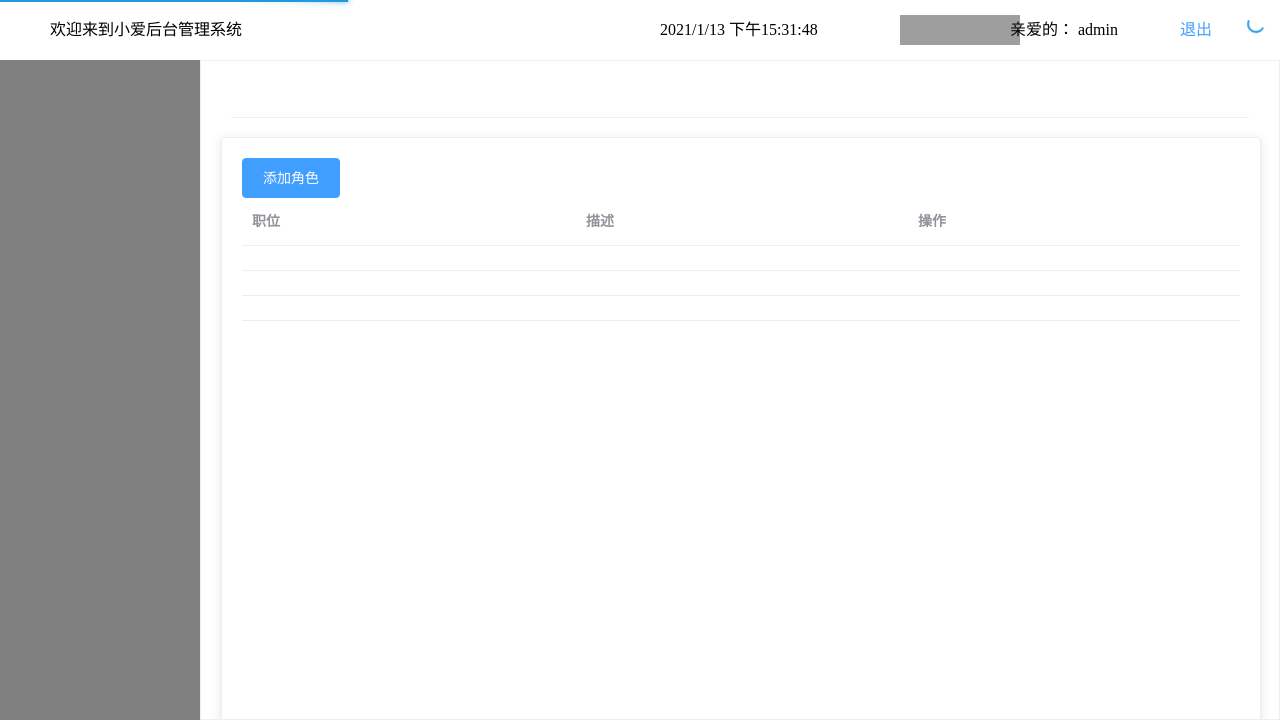
Repository: heyegang/vuex
Page: /rolelist
These files come from the project's save history. The page is drawn as it stood at one moment and after the next save; the edit follows.
The browser window is 1280 px wide. The pictures show the whole page.
Pictures or frames that could not be fetched are drawn as grey boxes. The page's requests for data from a server got no answer. The project was rebuilt for these pictures with package versions that can differ from the ones it lists, and the page was loaded fresh each time. No one was signed in, and anything a server would have sent is missing. Also part of the build but not shown: vue.config.js, src/views/Home.vue, src/components/navsidebar/NavSidebar.vue.

Above is the page before, as saved 2021-01-14 17:23:04.

### src/main.js
import Vue from "vue";
import App from "./App.vue";
import router from "./router";
import store from "./store";
import ElementUI from "element-ui";
import "element-ui/lib/theme-chalk/index.css"

Vue.use(ElementUI)
Vue.config.productionTip = false;

new Vue({
  router,
  store,
  render: h => h(App)
}).$mount("#app");

### src/App.vue
<template>
  <div id="app">
    <router-view />
  </div>
</template>

<style lang="scss">
*{
  margin: 0;
  padding: 0;
}
html,body,#app{
  height: 100%;
}
</style>

### src/router/index.js
import Vue from "vue";
import VueRouter from "vue-router";
import Home from "../views/Home.vue";
import Layout from "../views/layout/Layout.vue";

Vue.use(VueRouter);

const routes = [
  {
   path:"",
  component:Layout,
  children:[{
    path: "/",
    name: "Home",
    component: Home
  },
  {
    path: "/usermanagement",
    name: "usermanagement",
    component: () => import('../views/usermanagement/UserManagement.vue')
  },
  {
    path: "/rolelist",
    name: "rolelist",
    component: () => import('../views/rolelist/RoleList.vue')
  },
  ]},
  {
    path: "/login",
    name: "login",
    component: () => import('../views/login/Login.vue')
  },
];

const router = new VueRouter({
  mode: "history",
  base: process.env.BASE_URL,
  routes
});

export default router;

### src/store/index.js
import Vue from "vue";
import Vuex from "vuex";
import user from "./user";
import layout from "./layout";
import Administration from "./Administration/Administration";
import rolelist from "./rolelist/rolelist"
Vue.use(Vuex);

export default new Vuex.Store({
  state: {
    // 存放数据
  },
  mutations: {
    // 同步修改state
  },
  actions: {},
  modules: {
    // 代表模块
    user,
    layout,
    Administration,
    rolelist,
  }
});

### src/views/layout/Layout.vue
<template>
  <div>
    <el-container>
      <el-header>
        <nav-header></nav-header>
      </el-header>
      <el-container>
        <el-aside width="200px">
          <nav-sidebar :layouts='layouts' v-if='layouts.length>0'></nav-sidebar>
        </el-aside>
        <el-main>
          <nav-label></nav-label>
          <router-view></router-view>
        </el-main>
      </el-container>
    </el-container>
  </div>
</template>

<script>
import NavHeader from "../../components/navheader/NavHeader";
import NavSidebar from "../../components/navsidebar/NavSidebar";
import NavLabel from "../../components/navlabel/NavLabel";
import {createNamespacedHelpers} from 'vuex'
let userModule = createNamespacedHelpers('layout')
let {mapState: layoutState,mapActions: layoutActions} = userModule
export default {
  name: "",
  props: {},
  data() {
    return {
      sidebars:[]
    };
  },
  components: {
    NavHeader,
    NavSidebar,
    NavLabel,
  },
  methods: {
    ...layoutActions(['gettype'])
  },
  mounted() {
    this.gettype()
  },
  computed: {
    ...layoutState(['layouts'])
  },
  watch: {}
};
</script>

<style lang='scss' scoped>
.el-header,
.el-footer {
  line-height: 60px;
}

.el-aside {
  position: fixed;
  top: 60px;
  bottom: 0;
  background-color: gray;
}

.el-main {
  position: fixed;
  bottom: 0;
  right: 0;
  top: 60px;
  left: 200px;
  border: 1px solid #eeeeee;
}

body > .el-container {
  margin-bottom: 40px;
}

.el-container:nth-child(5) .el-aside,
.el-container:nth-child(6) .el-aside {
  line-height: 260px;
}

.el-container:nth-child(7) .el-aside {
  line-height: 320px;
}
</style>

### src/views/rolelist/RoleList.vue
<template>
  <el-card class="box-card">
  <div class="text item">
    <el-button type="primary">添加角色</el-button>
    <role-list-table :options='options'></role-list-table>
  </div>
</el-card>
</template>

<script>
import {createNamespacedHelpers} from 'vuex'
let userModule = createNamespacedHelpers('rolelist')
let {mapState: RolelistState,mapActions: RolelistActions} = userModule
import RoleListTable from '../../components/rolelisttable/RoleListTable'
export default {
  name: '',
  props:{},
  data () {
    return {
      type:'tree',
      options:[
        {
          label:'职位',
          prop:'authName',
          align:'center'
        },
        {
          label:'描述',
          prop:'path',
          align:'center'
        },
        {
          label:'操作',
          prop:'',
          align:'center'
        },
      ]

    }
  },
  components: {
    RoleListTable,
  },
  methods: {
    ...RolelistActions(['gettree','getroles'])
  },
  mounted() {
    this.gettree()
    this.getroles()
  },
  computed: {
    ...RolelistState(['tree','roles'])
  },
  watch: {}
}
</script>

<style lang='scss' scoped>
.text {
    font-size: 14px;
  }

  // .item {
  //   padding: 18px 0;
  // }

  .box-card {
    width: 100%;
    height: 96%;
    position: relative;
    top: 3%;

  }
</style>

### src/store/user.js
import { Message } from "element-ui";
import api from '../http/api';
import router from '../router'

export default {
    namespaced:true,
    // 开启命名空间

    state: {
        // 存放数据
        // users:[]
      },
      mutations: {
        // 同步修改state
        // setUsers(state,data){
        //     state.users = data
        // }
      },
      actions: {
        //   发请求
        // 所有的方法
        // 登录 每一个action的方法都有两个参数 第一个是store 第二个是请求的参数
        // store可以解构为commit dispatch(提交另外一个action)
        async login(_,params){
            let res = await api.login(params)
            if(res.meta.status === 200){
                // 请求成功 存用户 跳转路由 提示用户
                localStorage.setItem('user', JSON.stringify(res.data))
                localStorage.setItem('token', res.data.token)
                Message.success('登录成功')
                router.push('/')
            } else {
                Message.error(res.meta.msg)
            }
        },
        // async getUsers({commit},params){
        //     let res = await api.getUsers(params)
        //     if(res.meta.status === 200) {
        //         commit('setUsers',res.data)
        //     }else {
        //         Message.error(res.meta.msg)
        //     }
        // } ,
      },
}

### src/store/layout.js
import api from '../http/api';
import { Message } from "element-ui";



export default {
  namespaced:true,
  state: {
    // 存放数据
    layouts:[]
  },
  mutations: {
    // 同步修改state
    setLayout(state,data){
      state.layouts = data
    }
  },
  actions: {
    async gettype({commit},params){
      let res = await api.gettype(params)
      if(res.meta.status === 200){
      //  console.log(res)
        commit('setLayout',res.data)
      }else {
        Message.error(res.meta.msg)
      }
    },
  },
}

### src/store/Administration/Administration.js
import { Message } from "element-ui";
import api from '../../http/api';

export default({
  namespaced:true,

  state: {
    // 存放数据
    Administrations:[],
    StrSearch:[],
    Add:[],
  },
  mutations: {
    // 同步修改state
    setAdministration(state,data){
      state.Administrations = data
    },
    setStrSearch(state,data){
      state.StrSearch = data
    },
    setAdd(state,data){
      state.Add = data
    },
  },
  // 数据列表
  actions: {
    // 获取表格数据请求
    async getusers({commit},params){
      let res =await api.getusers(params)
      if(res.meta.status === 200) {
        console.log(res)
        commit('setAdministration',res.data.users)
      } else {
        Message.error(res.meta.msg)
      }
    },
    // 搜索请求事件
    async getquery({commit},params){
      let res =await api.getquery(params)
      if(res.meta.status === 200) {
        console.log(res)
        commit('setStrSearch',res.data)
      } else {
        Message.error(res.meta.msg)
      }
    },
    // 添加用户
    async postuser({commit},params){
      let res =await api.postuser(params)
      if(res.meta.status === 200) {
        console.log(res)
        commit('setAdd',res.data)
      } else {
        Message.error(res.meta.msg)
      }
    }
  },

})

### src/store/rolelist/rolelist.js
import api from '../../http/api';
import { Message } from "element-ui";




export default({
  namespaced:true,
  state: {
    // 存放数据
    tree:[],
    roles:[],

  },
  mutations: {
    // 同步修改state
    settree(state,data){
      state.tree = data
    },
    setroles(state,data){
      state.roles = data
    },

  },
  actions: {
    async gettree({commit},params){
      let res = await api.gettree(params)
      if(res.meta.status === 200){
       console.log(res)
        commit('settree',res.data)
      }else {
        Message.error(res.meta.msg)
      }
    },
    async getroles({commit},params){
      let res = await api.getroles(params)
      if(res.meta.status === 200){
       console.log(res.data)
        commit('setroles',res.data)
      }else {
        Message.error(res.meta.msg)
      }
    },
  },
})

### src/components/navheader/NavHeader.vue
<template>
  <div class="top">
      <div style="margin-left:30px;">
          欢迎来到小爱后台管理系统
      </div>
      <div class="box">
          {{times}}
      </div>
      <div class="weather">
          <div class="weather"><iframe scrolling="no" src="https://tianqiapi.com/api.php?style=yd&skin=pitaya" frameborder="0" width="100%" height="30" allowtransparency="true"></iframe></div>
    <!--获取天气-->
      </div>
      <div class="hello">
          亲爱的： admin
      </div>
      <div class="esc">
          退出
      </div>
  </div>
</template>

<script>
export default {
  name: '',
  props:{},
  data () {
    return {
      times:'',//格式化之后的当前时间
      currentTime: new Date() //当前时间
    }
  },
  components: {},
  methods: {
    getTimes(){
      setInterval(this.getTimesInterval, 1000);
    },
    getTimesInterval:function() {
      let _this = this;
      let year = new Date().getFullYear(); //获取当前时间的年份
      let month = new Date().getMonth() + 1; //获取当前时间的月份
      let day = new Date().getDate(); //获取当前时间的天数
      let hours = new Date().getHours(); //获取当前时间的小时
      let minutes = new Date().getMinutes(); //获取当前时间的分数
      let seconds = new Date().getSeconds(); //获取当前时间的秒数
      let hello = "";
      //当小于 10 的是时候，在前面加 0
      if (hours < 10) {
        hours = "0" + hours;
      }
      if (minutes < 10) {
        minutes = "0" + minutes;
      }
      if (seconds < 10) {
        seconds = "0" + seconds;
      }
      //一天中的时间
      if (hours > 6 && hours <13){
          hello = "上午";
      }
      if (hours > 13 && hours <18){
          hello = "下午";
      }
      if (hours > 18 && hours <24){
          hello = "晚上";
      }
      if (hours >0 && hours < 6){
          hello = "凌晨";
      }
      //拼接格式化当前时间
      _this.times = year + "/" + month + "/" + day + " " +hello+ hours + ":" + minutes + ":" + seconds;
    },
  },
  mounted() {
    this.getTimes()
  },
  computed: {},
  watch: {},
}
</script>

<style lang='scss' scoped>
.top{
    display: flex;
    position: relative;
    line-height: 60px;
}
.box{
    width: 220px;
    position: absolute;
    right: 380px;
    color: black;
}
.weather{
    width: 120px;
    position: absolute;
    right: 120px;
    top: 5px;
}
.hello{
    width: 120px;
    position: absolute;
    right: 130px;
}
.esc{
    width: 60px;
    position: absolute;
    right: 20px;
    color: #409EFF;
}
</style>

### src/components/navlabel/NavLabel.vue
<template>
  <div class="LabelBox">
  </div>
</template>

<script>
export default {
  name: '',
  props:{},
  data () {
    return {
    }
  },
  components: {},
  methods: {},
  mounted() {},
  computed: {},
  watch: {}
}
</script>

<style lang='scss' scoped>
.LabelBox{
  width: 98%;
  height: 36px;
  border-bottom: 1px solid #eee;
  margin-left: 1%;

}
</style>

### src/components/rolelisttable/RoleListTable.vue
<template>
  <div>
    <el-table :data="options" style="width: 100%">

        <el-table-column :prop="item.prop" :label="item.label" v-for="(item,index) in options" :key="index">
          <template></template>
        </el-table-column>

    </el-table>
  </div>
</template>

<script>
export default {
  name: "",
  props: {
    options:{
      type:Array,
      required:true
    }
  },
  data() {
    return {};
  },
  components: {},
  methods: {},
  mounted() {},
  computed: {},
  watch: {}
};
</script>

<style lang='scss' scoped>
</style>

### src/http/api.js
import http from './index'

export default{
     login({username,password}){
        return http.post('/login',{
            username,
            password
        })
     },
    //  getUsers({pagenum,pagesize,query}){
    //      if(query){
    //          return http.get(`/users?pagenum=${pagenum}&pagesize=${pagesize}&query=${query}`)
    //      } else {
    //          return http.get(`/users?pagenum=${pagenum}&pagesize=${pagesize}`)
    //      }

    //  },
    // 侧边导航栏
     gettype(){
         return http.get('/menus')
     },
    //  用户数据列表
     getusers({query,pagenum,pagesize}){
        if(query){
            return http.get(`/users?pagenum=${pagenum}&pagesize=${pagesize}&query=${query}`)
        } else {
            return http.get(`/users?pagenum=${pagenum}&pagesize=${pagesize}`)
        }
     },
    //  添加用户
     postuser({username,password,email,mobile}){
        return http.post(`/users`,
        username,
        password,
        email,
        mobile,
        )
     },
    //  修改用户状态请求
    // modify

    // 查询请求
    getquery(id){
        return http.get(`/users/${id}?id=${id}`)
    },
    // 编辑用户提交请求
    putedit({id,email,mobile}){
        return http.put(`/users/${id}?id=${id}&email=${email}&mobile=${mobile}`)
    },
    // 删除用户
    deluser(id){
        return http.delete( `/users/${id}?id=${id}`)
    },
    // 分配用户角色
    putroles({id,rid}){
        return http.put(`/users/${id}/role?id=${id}&rid=${rid}`)
    },
    // 权限管理请求
    gettree(){
        return http.get(`/rights/tree`)
    },
    getroles(){
        return http.get(`/roles`)
    }




}

### src/http/index.js
import axios from 'axios'
import nprogress from 'nprogress'
import 'nprogress/nprogress.css'
import {Message} from 'element-ui'

// 需要区分当前环境是开发环境(development)还是生产环境(production)
let isPro = process.env.NODE_ENV === 'productin'

const http = axios.create({
    baseURL: isPro ? '线上接口路径':'/api',
    timeout:10000
})

// 请求拦截
http.interceptors.request.use(config =>{
    nprogress.start()
    // 配置token token是鉴权的一种方式
    // 在登陆成功后 会返回当前用户的token 存在本地
    // 可用（百度：js加密插件）加密插件加密token
    let token = localStorage.getItem('token')
    // 账号密码和token分开存
    if(token){
        config.headers.Authorization = token
    }
    return config
},err =>{
    nprogress.done()
    return Promise.reject(err)
})

// 响应拦截
http.interceptors.response.use(res => {
    nprogress.done()
    return res.data
},err => {

    // 请求失败
    let status = err.response && err.response.status
    // 状态码
    if (status === 400) {
        Message.error('参数错误')
    }
    if (status === 401) {
        Message.error('没有权限')
    }
    if (status === 403) {
        Message.error('登录过期')
    }
    if (status === 404) {
        Message.error('路径错误')
    }
    if (status === 500) {
        Message.error('服务器错误')
    }
    if (status === 403) {
        Message.error('服务器在维护')
    }
    return Promise.reject(err)
})


export default http

Loaded but not shown: public/index.html (common file)

After the next save:
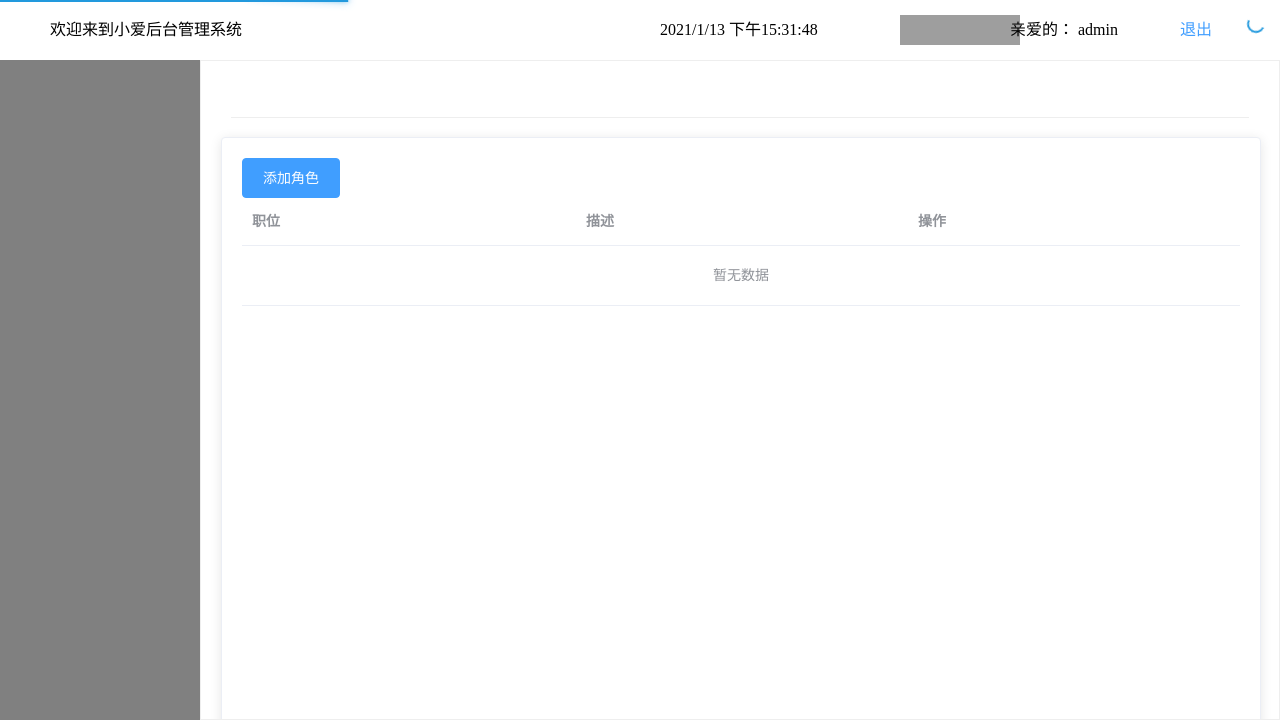
Saved 7 min 49 s later.
--- a/src/components/rolelisttable/RoleListTable.vue
+++ b/src/components/rolelisttable/RoleListTable.vue
@@ -1,6 +1,6 @@
 <template>
   <div>
-    <el-table :data="options" style="width: 100%">
+    <el-table :data="data" style="width: 100%">
 
         <el-table-column :prop="item.prop" :label="item.label" v-for="(item,index) in options" :key="index">
           <template></template>
@@ -16,7 +16,11 @@ export default {
   props: {
     options:{
       type:Array,
-      required:true
+      required:true,
+    },
+    data:{
+      type:Array,
+      required:true,
     }
   },
   data() {
